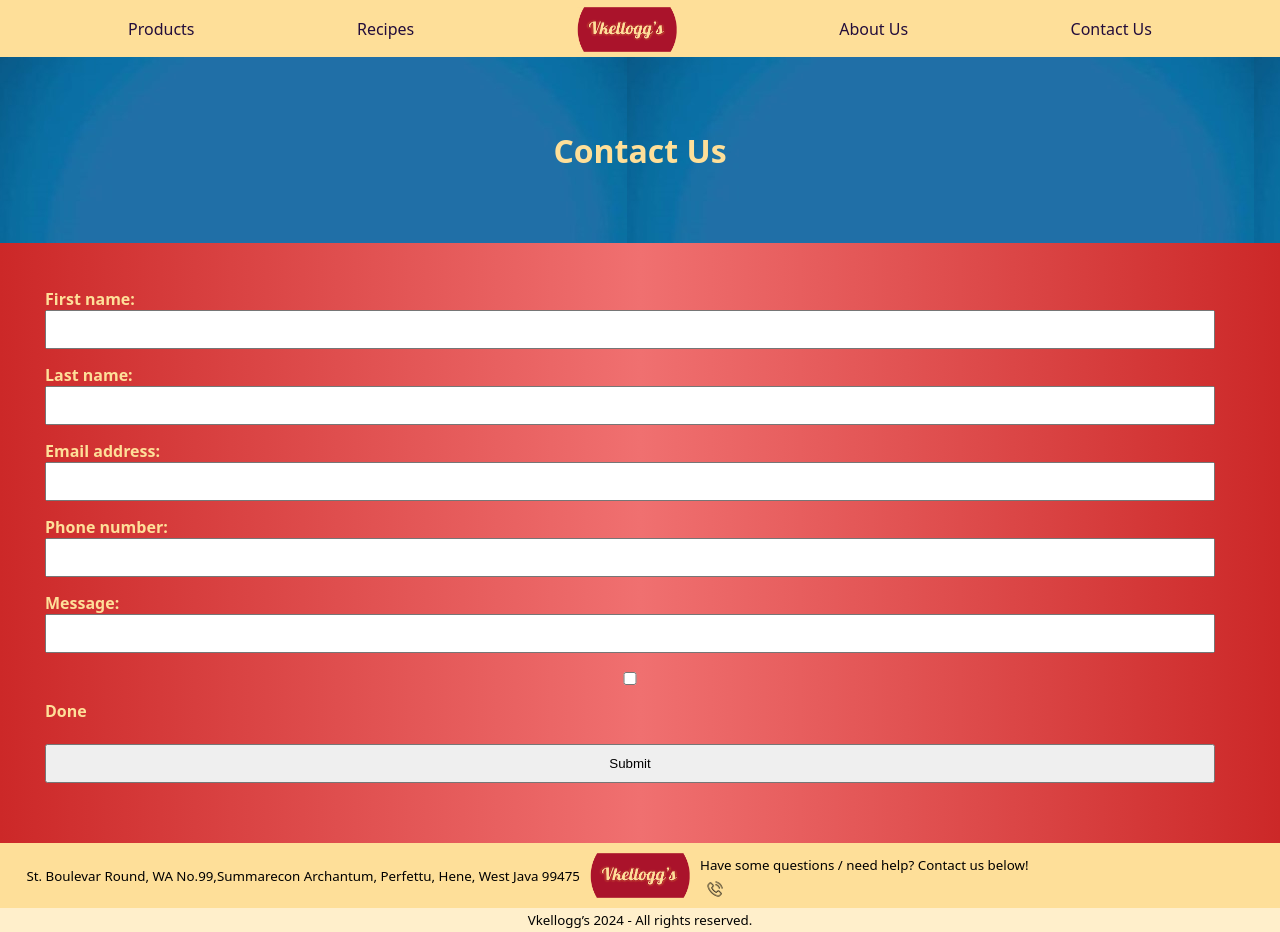
Repository: sugralld/VKelloggs
Page: Code and Assets/html/contactus.html
An editor plug-in stored every save of this project. The page is shown before and after the next save, followed by the edit.
The browser window is 1280 px wide. The pictures show the whole page.

Above is the page before, as saved 2024-12-03 20:58:11.

After the next save:
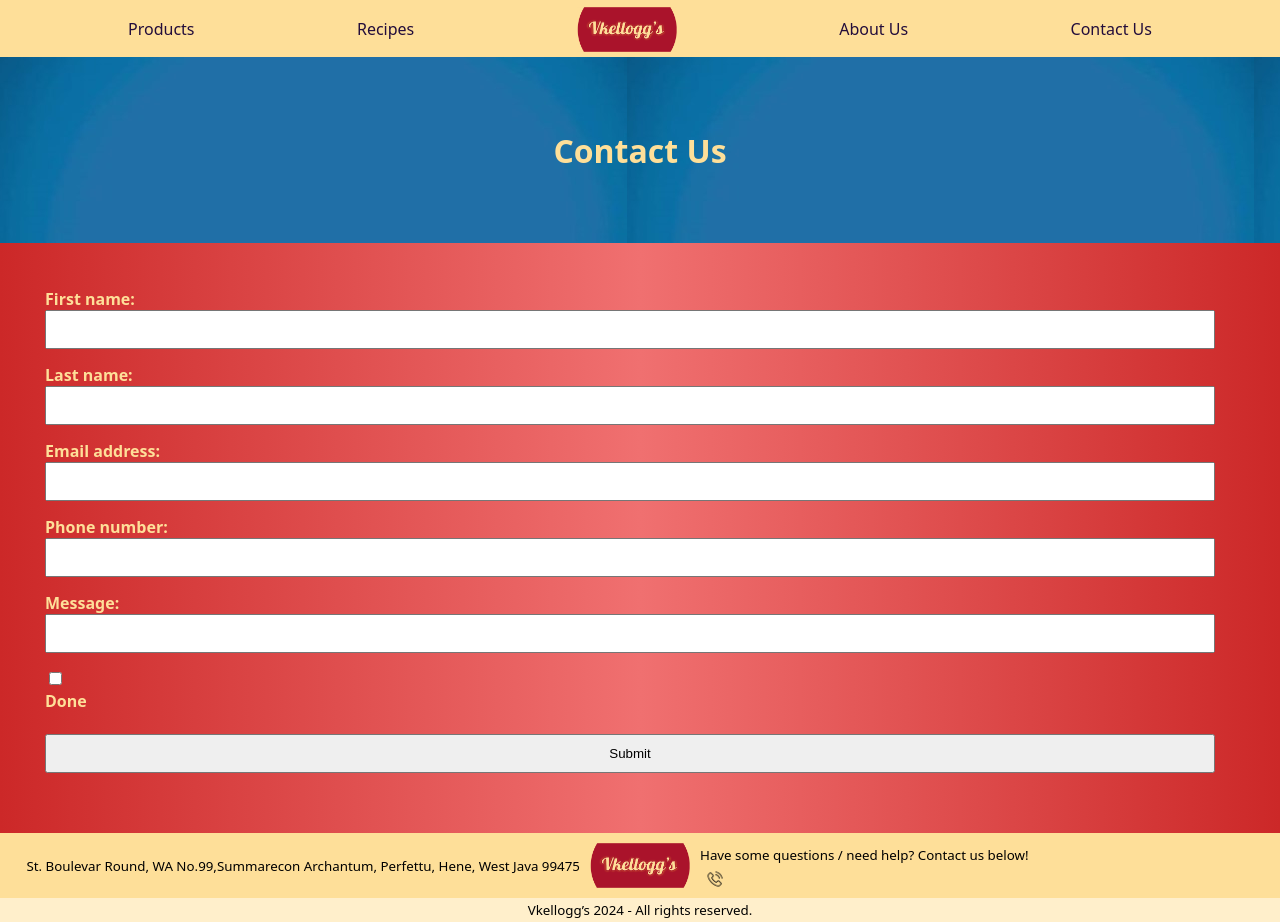
Saved 9 s later.
--- a/Code and Assets/css/contactus.css
+++ b/Code and Assets/css/contactus.css
@@ -18,7 +18,6 @@
 }
 
 .form input[type="text"],
-.form input[type="checkbox"],
 
 .form button {
     width: calc(100% - 20px); /* Lebar penuh dikurangi margin */
